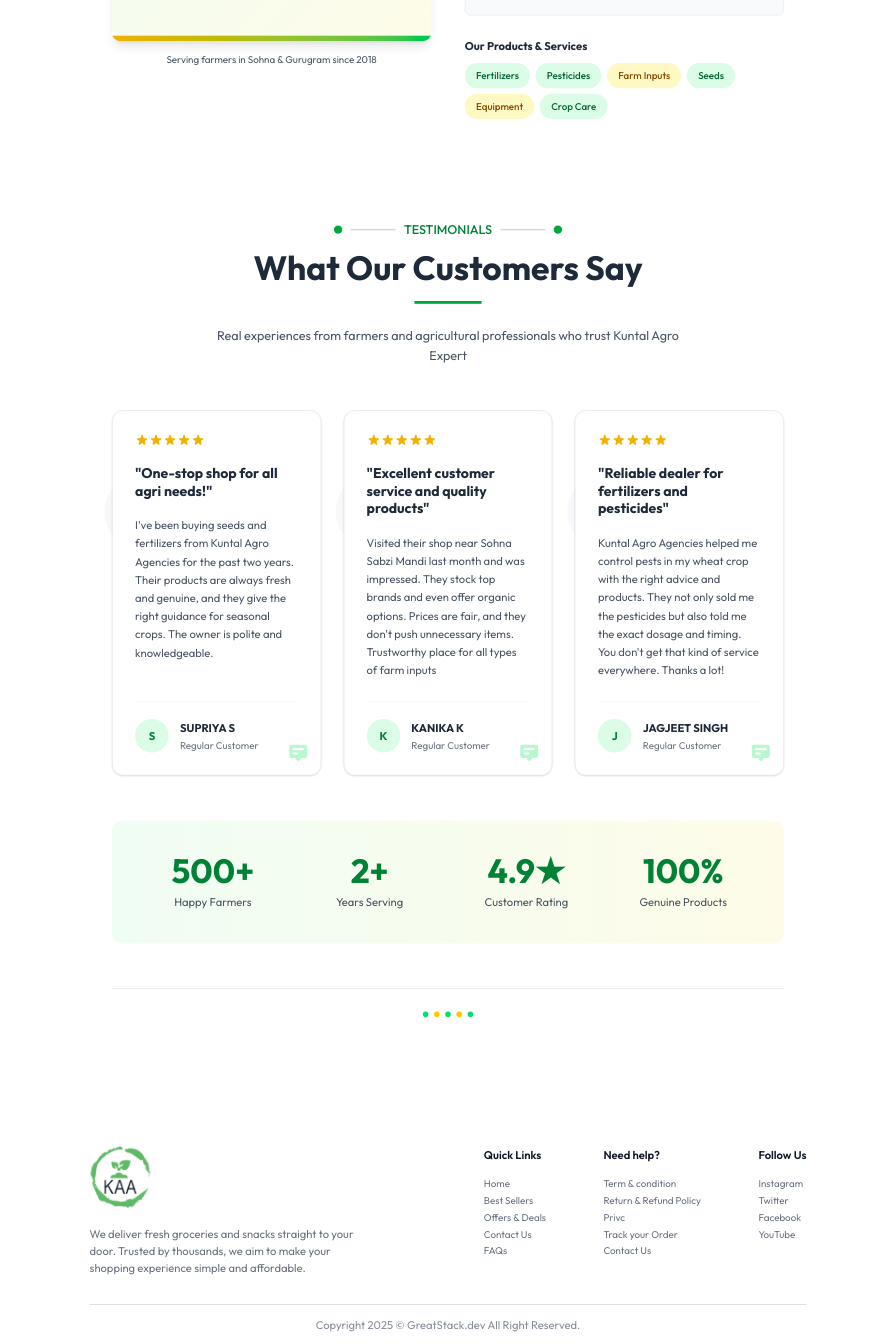
Repository: deepak445566/agro
Page: / (app in client/)
These files come from the project's save history. The page is drawn as it stood at one moment and after a run of saves; the edit follows.
The browser window is 1280 px wide. The pictures show the part of the page from y = 1330 to 3250 px (the page is 3250 px tall), at 70% of full size.
The page's requests for data from a server got no answer. Some web fonts or font styles are not loaded; a fallback is used. The project was rebuilt for these pictures with package versions that can differ from the ones it lists, and the page was loaded fresh each time. No one was signed in, and anything a server would have sent is missing. Also part of the build but not shown: client/vite.config.js, client/src/components/ProductCard.jsx, client/src/components/BottomBanner.jsx, client/src/components/NewsLetter.jsx, client/src/components/Login.jsx, client/src/pages/AllProduct.jsx, client/src/pages/Productcato.jsx, client/src/pages/ProductDetail.jsx and 9 more.

Above is the page before, as saved 2025-12-16 12:45:22.

### client/index.html
<!doctype html>
<html lang="en">
  <head>
    <meta charset="UTF-8" />
    <link rel="icon" type="image/svg+xml" href="/favicon.svg" />
    <meta name="viewport" content="width=device-width, initial-scale=1.0" />
    <title>Grocery</title>
  </head>
  <body>
    <div id="root"></div>
    <script type="module" src="/src/main.jsx"></script>
  </body>
</html>

### client/src/main.jsx
import { StrictMode } from 'react'
import { createRoot } from 'react-dom/client'
import './index.css'
import App from './App.jsx'
import {BrowserRouter} from 'react-router-dom'
import { AppContextProvider } from './context/AppContext.jsx'


createRoot(document.getElementById('root')).render(
  <BrowserRouter>
  <AppContextProvider>
    <App />
    </AppContextProvider>
 </BrowserRouter>,
)

### client/src/index.css



@import url('https://fonts.googleapis.com/css2?family=Anton&family=Archivo+Black&family=Bebas+Neue&family=Bungee&family=Exo+2:ital,wght@0,100..900;1,100..900&family=Frijole&family=Kaushan+Script&family=Lilita+One&family=Mozilla+Headline:wght@200..700&family=Outfit:wght@100..900&family=Poppins:ital,wght@0,100;0,200;0,300;0,400;0,500;0,600;0,700;0,800;0,900;1,100;1,200;1,300;1,500;1,600;1,700;1,800;1,900&family=Rowdies:wght@300;400;700&family=Signika+Negative:wght@300..700&display=swap');

@import "tailwindcss";

*{
  font-family: "Outfit", sans-serif;
}
@theme {
  --color-primary:#4fbf8b;
  --color-primary-dull: #44ae7c;
}

### client/src/App.jsx
import React from 'react'
import Navbar from './components/Navbar'
import Home from './pages/Home'
import { Route, Routes, useLocation } from 'react-router-dom'
import { Toaster } from 'react-hot-toast';
import Footer from './components/Footer';
import { useAppContext } from './context/AppContext';
import Login from './components/Login';
import AllProduct from './pages/AllProduct';
import Productcato from './pages/Productcato';
import ProductDetail from './pages/ProductDetail';
import Cart from './pages/Cart';
import Addaddress from './components/Addaddress';
import Myorders from './pages/Myorders';
import SellerLogin from './components/seller/SellerLogin';
import SellerLayout from './pages/seller/SellerLayout';
import Addproduct from './pages/seller/Addproduct';
import ProductList from './pages/seller/ProductList';
import Order from './pages/seller/Order';
import Loading from './components/Loading';

function App() {

  const isSellerPath = useLocation().pathname.includes("seller");
const {showLogin,isSeller} =useAppContext();


  return (
  <>
  <div className='text-default min-h-screen text-gray-700 bg-white'>
{isSellerPath ? null : <Navbar/>}
{showLogin ? <Login/> : null}
<Toaster></Toaster>
<div className={` ${isSellerPath ? " ":"px-6 md:px-16 lg:px-24 xl:px-32" }`}>
  <Routes>
    <Route path='/' element={<Home/>}/>
    <Route path='/products' element={<AllProduct/>}/>
    <Route path='/products/:category' element={<Productcato/>}/>
    <Route path='/products/:category/:id' element={<ProductDetail/>}/>
  <Route path='/cart' element={<Cart/>}/>
  <Route path='/add-address' element={<Addaddress/>}/>
  <Route path='/myOrders' element={<Myorders/>}/>
<Route path="/loader" element={<Loading/>}/>



  <Route path='/seller' element={isSeller?<SellerLayout/> :<SellerLogin/>}>
  <Route index element={isSeller?<Addproduct/>:null} />
<Route path='product-list' element={isSeller?<ProductList/>:null} />
<Route path='orders' element={<Order/>}/>



  </Route>


  </Routes>
</div>
 {!isSellerPath && <Footer />}
</div>
  </>
  )
}

export default App

### client/src/context/AppContext.jsx
import { createContext, useContext, useEffect, useState } from "react";
import { useNavigate } from "react-router-dom";

import toast from "react-hot-toast";
import axios from "axios";


axios.defaults.withCredentials = true;
axios.defaults.baseURL = import.meta.env.VITE_BACKEND_URL;






export const AppContext = createContext();

export const AppContextProvider = ({ children }) => {
  const navigate = useNavigate();

  const [user, setUser] = useState(null);
  const [isSeller, setIsSeller] = useState(false);
  const [showLogin, setShowLogin] = useState(false);
  const [products, setProducts] = useState([]);
  const [cartItems, setCartItems] = useState({});
  const [search, setSearch] = useState({});

  //status//
const fetchSeller = async () => {
  try {
    const { data } = await axios.get("/api/seller/isauth");

    if (data.success) {
      setIsSeller(true);
      console.log("Seller authenticated:", data.seller);
    } else {
      setIsSeller(false);
      console.log("Seller not authenticated:", data.message);
    }
  } catch (error) {
    console.error("Error checking seller auth:", error);
    setIsSeller(false);
  }
};





  const fetchUser = async ()=>{
    try {
      const {data} = await axios.get('/api/user/isauth');
      if(data.success){
        setUser(data.user)
        setCartItems(data.user.cartItems)

      }
    } catch (error) {
      setUser(null)
    }
  }


  // Fetch products
  const fetchProducts = async () => {
   try{
const {data} = await axios.get("/api/product/list")
if(data.success){
  setProducts(data.products)
}else{
  toast.error(data.message)
}
   }catch(error){
toast.error(error.message)
   }
  };

  // Add to cart
  const addToCart = (itemId) => {
    let cartData = structuredClone(cartItems);
    if (cartData[itemId]) {
      cartData[itemId] += 1;
    } else {
      cartData[itemId] = 1;
    }
    setCartItems(cartData);
    console.log(cartItems);
    toast.success("Added to Cart");
  };

  // Update cart quantity
  const updateCart = (itemId, quantity) => {
    let cartData = structuredClone(cartItems);
    if (quantity <= 0) {
      delete cartData[itemId];
    } else {
      cartData[itemId] = quantity;
    }
    setCartItems(cartData);
  };

  // Remove product from cart completely
  const removeFromCart = (itemId) => {
    let cartData = structuredClone(cartItems);
    if (cartData[itemId]) {
      delete cartData[itemId];
      setCartItems(cartData);
      toast.success("Removed from Cart");
    }
  };

  const getcount = () => {
    let totalcount = 0;
    for (const item in cartItems) {
      totalcount += cartItems[item];
    }
    return totalcount;
  };

  const gettotal = () => {
    let totalAmount = 0;
    for (const itemId in cartItems) {
      let itemInfo = products.find((pro) => pro._id === itemId);
      if (itemInfo && cartItems[itemId] > 0) {
        totalAmount += itemInfo.offerPrice * cartItems[itemId]; // ✅ fixed property name
      }
    }
    return Math.floor(totalAmount * 100) / 100;
  };

  useEffect(() => {
    fetchSeller()
    fetchUser()
    fetchProducts()
  }, []);
//databasecrt items//
useEffect(()=>{
const updateCart = async () => {
  try {
    const { data } = await axios.post('/api/cart/update', {
      userId: user._id,   // make sure user object has _id
      cartItems
    });
    if (!data.success) {
      toast.error(data.message);
    }
  } catch (error) {
    toast.error(error.message);
  }
};

if(user){
  updateCart()
}


},[cartItems])



  const value = {
    navigate,
    user,
    setUser,
    isSeller,
    setIsSeller,
    showLogin,
    setShowLogin,
    products,
    addToCart,
    updateCart,
    removeFromCart, // ⬅ new function
    cartItems,
    search,
    setSearch,
    getcount,
    gettotal,
    axios,
    fetchProducts,
    setCartItems
  };

  return <AppContext.Provider value={value}>{children}</AppContext.Provider>;
};

// Custom hook
export const useAppContext = () => {
  return useContext(AppContext);
};

### client/src/pages/Home.jsx
import React from 'react'

import MainBanner from '../components/MainBanner'

import BestSeller from '../components/BestSeller'
import BottomBanner from '../components/BottomBanner'
import NewsLetter from '../components/NewsLetter'
import OurStory from '../components/OurStory'
import Reviews from '../components/Reviews'

export default function() {
  return (
   <>
   <div className='mt-10'>
    <MainBanner/>

    <BestSeller/>
    <OurStory/>
   <Reviews/>

   </div>
   </>
  )
}

### client/src/components/Footer.jsx
import React from 'react'
import { assets, footerLinks } from '../assets/assets'

function Footer() {
  return (
 <>
  <div className="px-6 md:px-16 lg:px-24 xl:px-32 mt-24">
            <div className="flex flex-col md:flex-row items-start justify-between gap-10 py-10 border-b border-gray-500/30 text-gray-500">
                <div>
                    <img className="w-34 md:w-22" src="/logo1.png" alt="dummyLogoColored" />
                    <p className="max-w-[410px] mt-6">We deliver fresh groceries and snacks straight to your door. Trusted by thousands, we aim to make your shopping experience simple and affordable.</p>
                </div>
                <div className="flex flex-wrap justify-between w-full md:w-[45%] gap-5 ">
                    {footerLinks.map((section, index) => (
                        <div key={index}>
                            <h3 className="font-semibold text-base text-gray-900 md:mb-5 mb-2">{section.title}</h3>
                            <ul className="text-sm space-y-1">
                                {section.links.map((link, i) => (
                                    <li key={i}>
                                        <a href={link.url} className="hover:underline transition">{link.text}</a>
                                    </li>
                                ))}
                            </ul>
                        </div>
                    ))}
                </div>
            </div>
            <p className="py-4 text-center text-sm md:text-base text-gray-500/80">
                Copyright 2025 © <a href="https://prebuiltui.com">GreatStack.dev</a> All Right Reserved.
            </p>
        </div>

 </>
  )
}

export default Footer

### client/src/assets/assets.js
import logo from "./logo.svg";
import search_icon from "./search_icon.svg";
import remove_icon from "./remove_icon.svg";
import arrow_right_icon_colored from "./arrow_right_icon_colored.svg";
import star_icon from "./star_icon.svg";
import star_dull_icon from "./star_dull_icon.svg";
import cart_icon from "./cart_icon.svg";
import nav_cart_icon from "./nav_cart_icon.svg";
import add_icon from "./add_icon.svg";
import refresh_icon from "./refresh_icon.svg";
import product_list_icon from "./product_list_icon.svg";
import order_icon from "./order_icon.svg";
import upload_area from "./upload_area.png";
import profile_icon from "./profile_icon.png";
import menu_icon from "./menu_icon.svg";
import delivery_truck_icon from "./delivery_truck_icon.svg";
import leaf_icon from "./leaf_icon.svg";
import coin_icon from "./coin_icon.svg";
import box_icon from "./box_icon.svg";
import trust_icon from "./trust_icon.svg";
import black_arrow_icon from "./black_arrow_icon.svg";
import white_arrow_icon from "./white_arrow_icon.svg";
import main_banner_bg from "./main_banner_bg.png";
import main_banner_bg_sm from "./main_banner_bg_sm.png";
import bottom_banner_image from "./bottom_banner_image.png";
import bottom_banner_image_sm from "./bottom_banner_image_sm.png";
import add_address_iamge from "./add_address_image.svg";
import organic_vegitable_image from "./organic_vegitable_image.png";
import fresh_fruits_image from "./fresh_fruits_image.png";
import bottles_image from "./bottles_image.png";
import maggi_image from "./maggi_image.png";
import dairy_product_image from "./dairy_product_image.png";
import bakery_image from "./bakery_image.png";
import grain_image from "./grain_image.png";


export const assets = {
  logo,
  search_icon,
  remove_icon,
  arrow_right_icon_colored,
  star_icon,
  star_dull_icon,
  cart_icon,
  nav_cart_icon,
  add_icon,
  refresh_icon,
  product_list_icon,
  order_icon,
  upload_area,
  profile_icon,
  menu_icon,
  delivery_truck_icon,
  leaf_icon,
  coin_icon,
  trust_icon,
  black_arrow_icon,
  white_arrow_icon,
  main_banner_bg,
  main_banner_bg_sm,
  bottom_banner_image,
  bottom_banner_image_sm,
  add_address_iamge,
  box_icon,
};

export const categories = [



  // 🌱 New Categories
  {
    text: "Air Purifier",
    path: "AirPurifier",

    bgColor: "#E8F5E9",
  },
  {
    text: "Spray",
    path: "Spray",

    bgColor: "#FFF3E0",
  },
  {
    text: "Indoor Plants",
    path: "IndoorPlants",

    bgColor: "#E3F2FD",
  },
  {
    text: "Kisaan Charger",
    path: "KisaanCharger",

    bgColor: "#F1F8E9",
  },
  {
    text: "Ceramic Pots",
    path: "CeramicPots",

    bgColor: "#FCE4EC",
  },
  {
    text: "Low Maintenance Plants",
    path: "LowMaintenance",

    bgColor: "#E0F2F1",
  },
  {
    text: "Urea",
    path: "Urea",

    bgColor: "#FFFDE7",
  },
  {
    text: "Fertilizer & DAP",
    path: "Fertilizer",

    bgColor: "#F3E5F5",
  },
];


export const footerLinks = [
  {
    title: "Quick Links",
    links: [
      { text: "Home", url: "#" },
      { text: "Best Sellers", url: "#" },
      { text: "Offers & Deals", url: "#" },
      { text: "Contact Us", url: "#" },
      { text: "FAQs", url: "#" },
    ],
  },
  {
    title: "Need help?",
    links: [
      { text: "Term & condition", url: "#" },
      { text: "Return & Refund Policy", url: "#" },
      { text: "Privc", url: "#" },
      { text: "Track your Order", url: "#" },
      { text: "Contact Us", url: "#" },
    ],
  },
  {
    title: "Follow Us",
    links: [
      { text: "Instagram", url: "#" },
      { text: "Twitter", url: "#" },
      { text: "Facebook", url: "#" },
      { text: "YouTube", url: "#" },
    ],
  },
];

export const features = [
  {
    icon: delivery_truck_icon,
    title: "Fastest Delivery",
    description: "Groceries delivered in under 30 minutes.",
  },
  {
    icon: leaf_icon,
    title: "Freshness Guaranteed",
    description: "Fresh produce straight from the source.",
  },
  {
    icon: coin_icon,
    title: "Affordable Prices",
    description: "Quality groceries at unbeatable prices.",
  },
  {
    icon: trust_icon,
    title: "Trusted by Thousands",
    description: "Loved by 10,000+ happy customers.",
  },
];



export const dummyAddress = [
  {
    _id: "67b5b9e54ea97f71bbc196a0",
    userId: "67b5880e4d09769c5ca61644",
    firstName: "Great",
    lastName: "Stack",
    email: "user.greatstack@gmail.com",
    street: "Street 123",
    city: "Main City",
    state: "New State",
    zipcode: 123456,
    country: "IN",
    phone: "1234567890",
  },
];

### client/src/components/MainBanner.jsx
import React from "react";
import { assets } from "../assets/assets";
import { Link } from "react-router-dom";

function MainBanner() {
  return (
    <div className="relative w-full">
      {/* Banner image */}
      <img
        src="/main1.png"
        alt="Main banner"
        className="w-full hidden md:block"
      />
      <img
        src={assets.main_banner_bg_sm}
        alt="Main banner mobile"
        className="w-full md:hidden"
      />

      {/* Overlay content */}
      <div className="absolute inset-0 flex flex-col justify-center md:items-start items-center px-6 md:px-16 mt-96 lg:mt-0 md:mt-0">


        {/* Buttons */}
        <div className="mt-66 flex flex-col md:flex-row items-center  md:justify-start gap-4">
          <Link
            to="/products"
            className="flex items-center gap-2 px-7 py-3 bg-green-500 hover:bg-green-600 text-white rounded-md transition"
          >
            Shop now
            <img
              src={assets.white_arrow_icon}
              alt="arrow"
              className="w-4 h-4"
            />
          </Link>


        </div>
      </div>
    </div>
  );
}

export default MainBanner;

### client/src/components/BestSeller.jsx
import React from "react";
import ProductCard from "./ProductCard";
import { useAppContext } from "../context/AppContext";

function BestSeller() {
  const { products } = useAppContext();

  return (
    <div className="mt-10">
      {/* Heading */}
      <p className="text-2xl md:text-3xl font-semibold mb-4">
        Best Seller
      </p>

      {/* Products Grid */}
      <div className="grid grid-cols-2 sm:grid-cols-3 md:grid-cols-4 lg:grid-cols-5 gap-4 lg:gap-6">
        {products
          .filter((item) => item.inStock)
          .slice(0, 5)
          .map((item) => (
            <ProductCard key={item._id} product={item} />
          ))}
      </div>
    </div>
  );
}

export default BestSeller;

Loaded but not shown: client/src/components/OurStory.jsx (171 lines, source omitted); client/src/components/Navbar.jsx (280 lines, source omitted); client/src/components/Reviews.jsx (170 lines, source omitted)

After the next 3 saves:
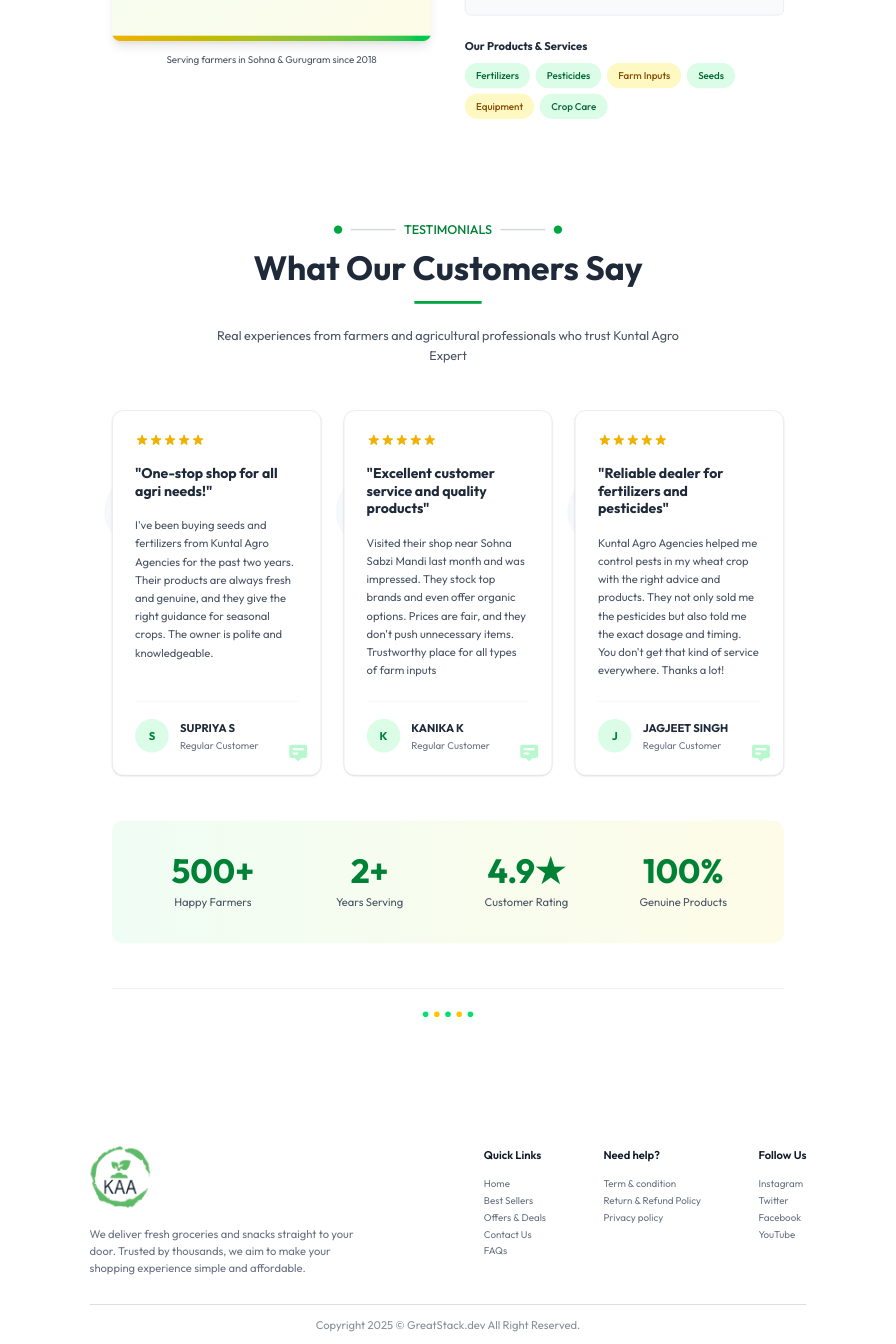
The 3 saves are shown as one change because they came seconds apart.
The last was saved 9 s later.
--- a/client/src/assets/assets.js
+++ b/client/src/assets/assets.js
@@ -136,9 +136,8 @@
     links: [
       { text: "Term & condition", url: "#" },
       { text: "Return & Refund Policy", url: "#" },
-      { text: "Privc", url: "#" },
-      { text: "Track your Order", url: "#" },
-      { text: "Contact Us", url: "#" },
+      { text: "Privacy policy", url: "#" },
+
     ],
   },
   {
